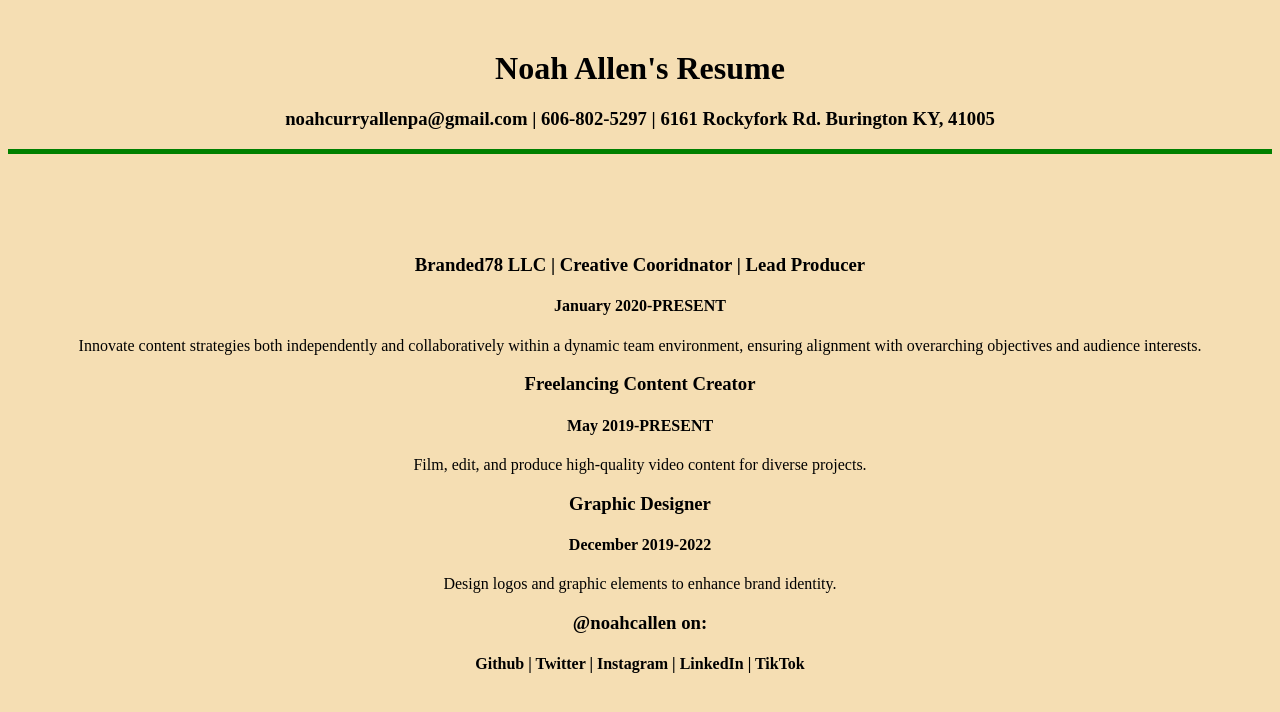
Repository: noahcallen/LAB-HTML-Resume
Page: index.html
These files come from the project's save history. The page is drawn as it stood at one moment and after the next save; the edit follows.
The browser window is 1280 px wide. The pictures show the whole page.

Above is the page before, as saved 2024-07-08 21:46:05.

After the next save:
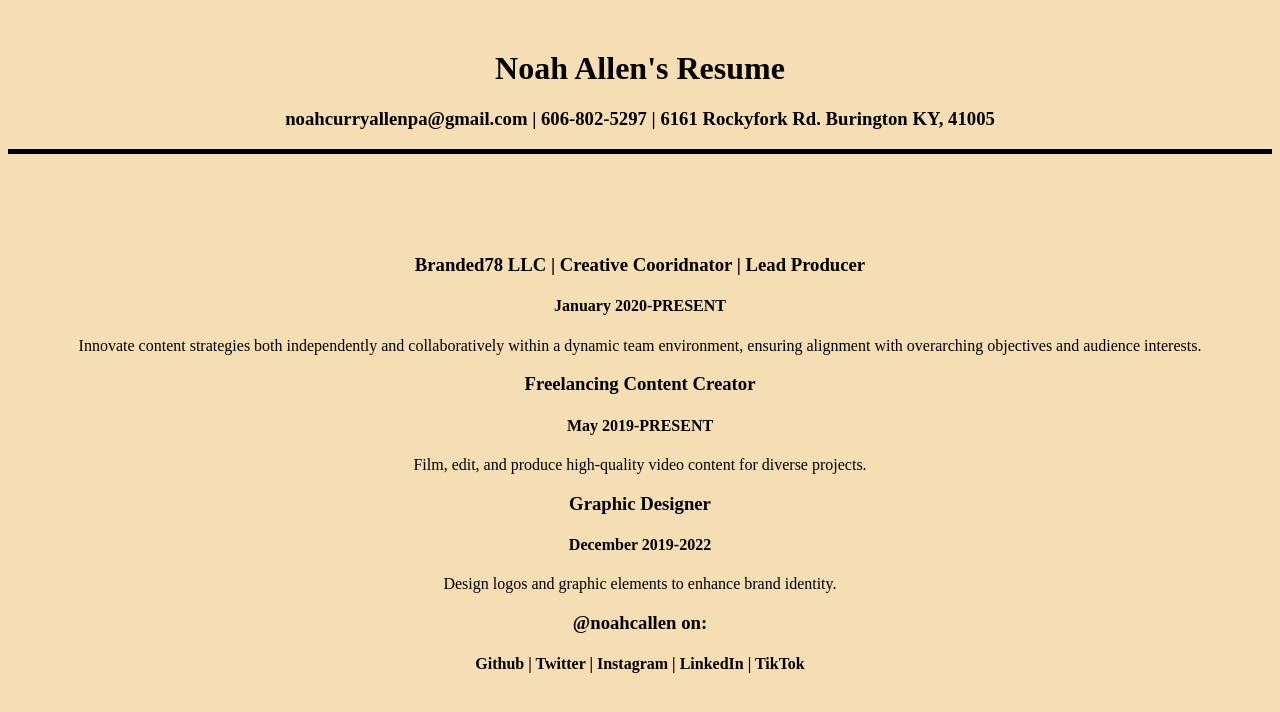
Saved 20 s later.
--- a/main.css
+++ b/main.css
@@ -5,5 +5,5 @@
 
 .HEADER {
   margin: 50px 0px 100px 0px;
-  border-bottom: solid 5px green;
+  border-bottom: solid 5px black;
 }
